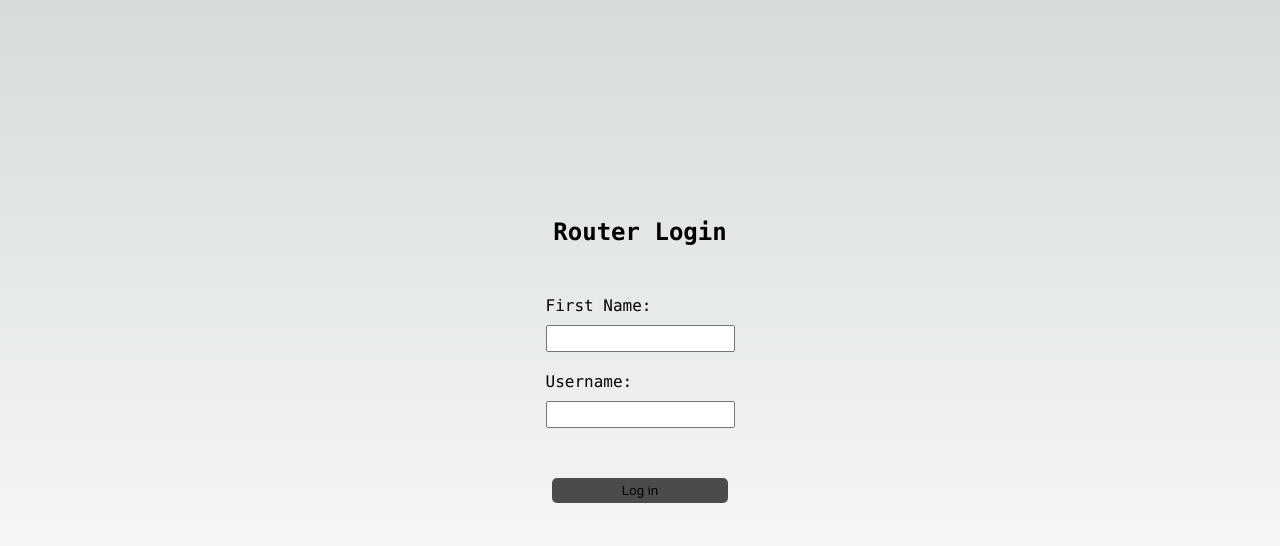
Repository: Mariessa-Pinto/week2-next.js-next-router-login
Page: /
The author's editor kept a copy of each file at every save. The page is drawn from the files as they stood at one save, then again after the next save.
The browser window is 1280 px wide. The pictures show the whole page.
The project was rebuilt for these pictures with package versions that can differ from the ones it lists, and the page was loaded fresh each time. The framework's server and built-in components were replaced by stand-ins that run in the browser. Also part of the build but not shown: next.config.js.

Above is the page before, as saved 2023-01-11 15:01:17.

After the next save:
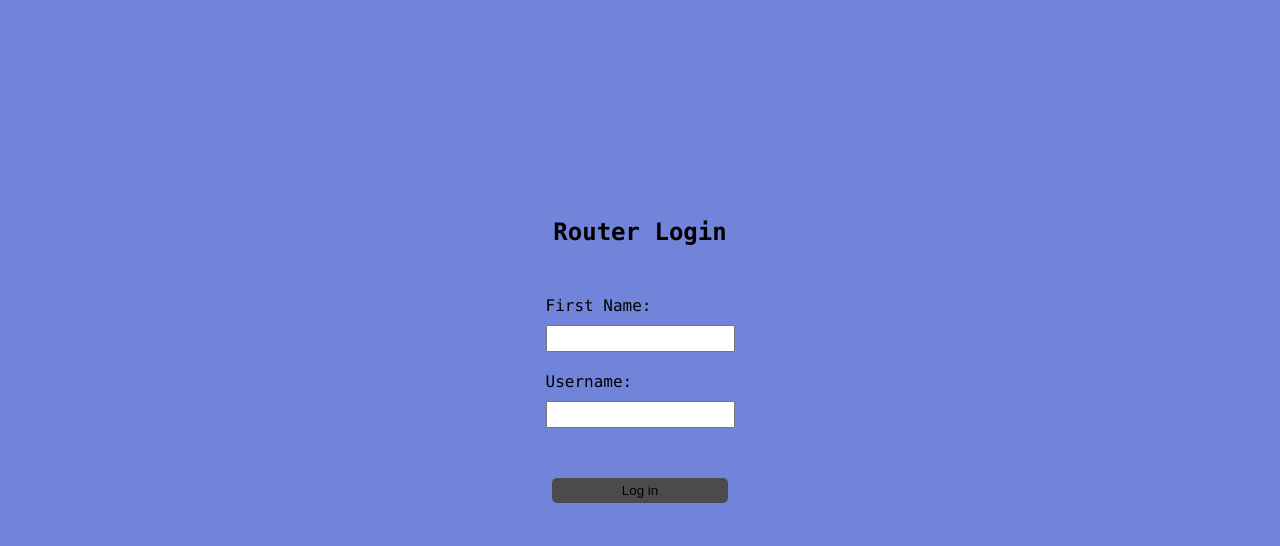
Saved 2 min 18 s later.
--- a/styles/Home.module.css
+++ b/styles/Home.module.css
@@ -7,6 +7,7 @@
   min-height: 100vh;
   gap: 50px;
   font-family: var(--font-mono);
+  background: var(--violet);
 }
 
 .button {
